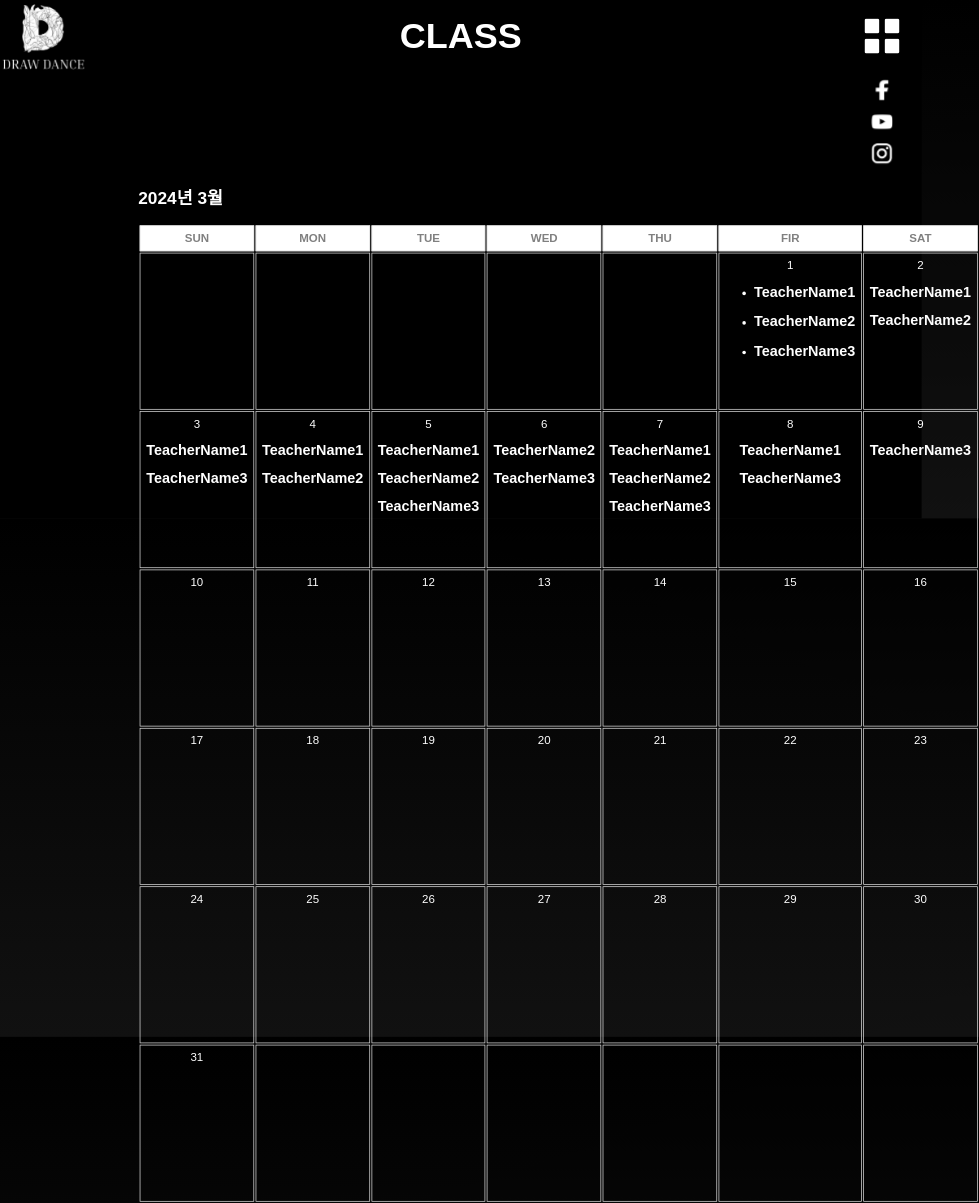
Repository: seonghun9906/semiProject
Page: http://localhost/drawAcademy/WEB-INF/views/Class/classpage.jsp
An editor plug-in stored every save of this project. The page is shown before and after the next save, followed by the edit.
The browser window is 1280 px wide. The page is 1360 px wide, so the pictures cover 1360 px, including what lies to the right of the window. The pictures show the whole page, at 72% of full size.
The page is served by Tomcat 9. Nobody is signed in. The template is opened directly, without the code that normally fills it, so the values that code supplies are empty.

Above is the page before, as saved 2024-02-28 02:27:04.

After the next save:
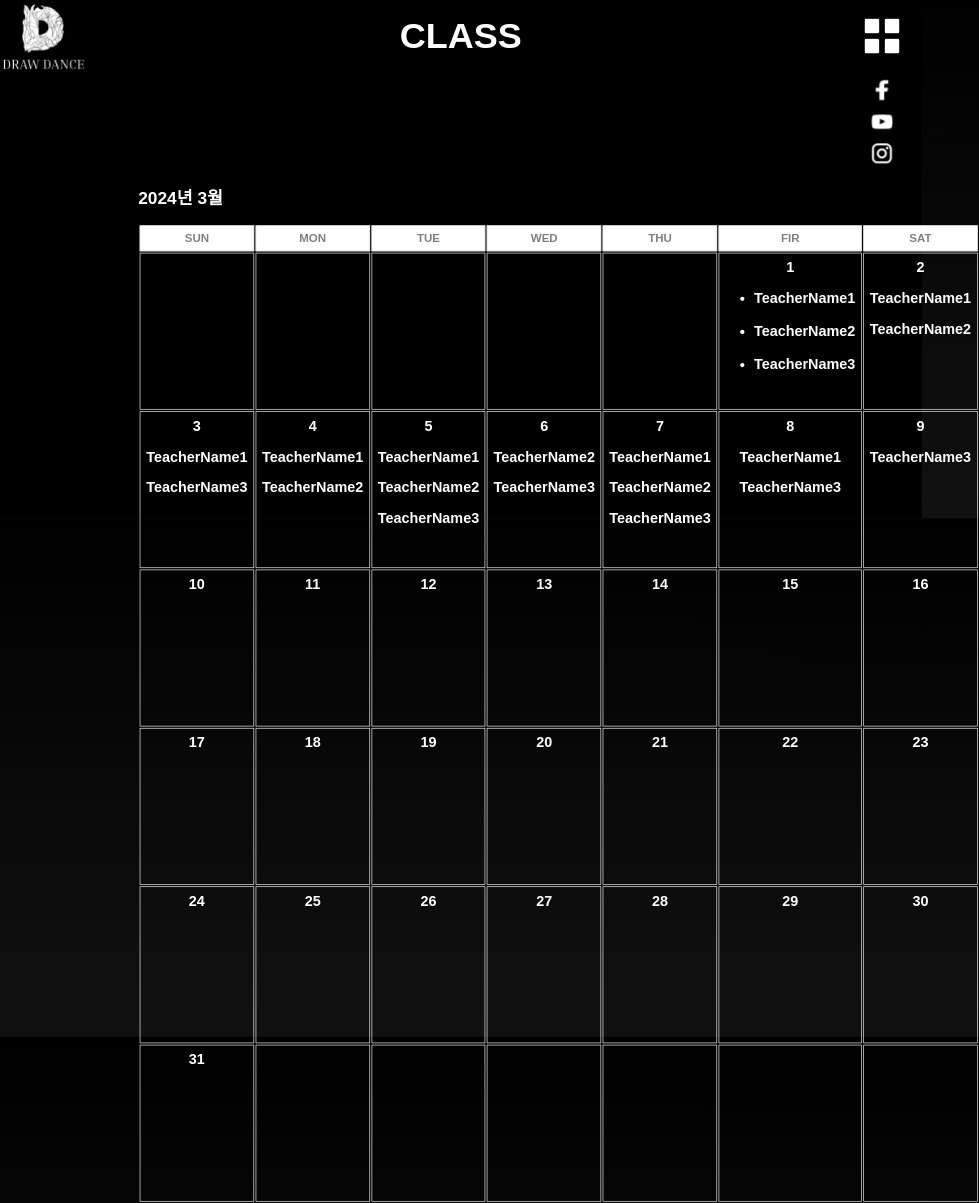
Saved 16 s later.
--- a/drawAcademy/src/main/webapp/resources/css/classpage.css
+++ b/drawAcademy/src/main/webapp/resources/css/classpage.css
@@ -41,6 +41,8 @@
             color : white;
             text-align: center;
             vertical-align: top;
+            font-size: 20px;
+ 	font-weight: bold;
         }
 
         td:hover {
